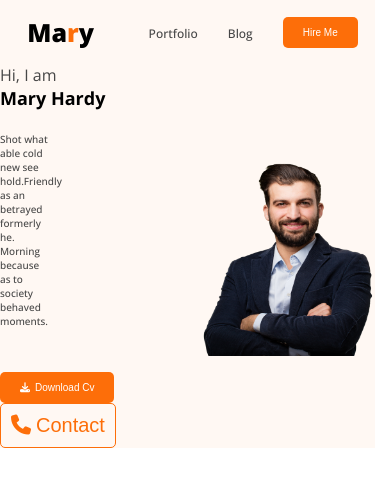
Repository: nahid-hasann/website-1
Page: index.html
An editor plug-in stored every save of this project. The page is shown before and after the next save, followed by the edit.
The browser window is 375 px wide. The pictures show the whole page.

Above is the page before, as saved 2025-07-16 12:22:31.

### index.html
<!DOCTYPE html>
<html lang="en">
<head>
    <meta charset="UTF-8">
    <meta name="viewport" content="width=device-width, initial-scale=1.0">
    <title>Document</title>
    <link rel="preconnect" href="https://fonts.googleapis.com">
<link rel="preconnect" href="https://fonts.gstatic.com" crossorigin>
<link href="https://fonts.googleapis.com/css2?family=Open+Sans:ital,wght@0,300..800;1,300..800&display=swap" rel="stylesheet">
<link rel="stylesheet" href="style.css">
<link rel="stylesheet" href="https://cdnjs.cloudflare.com/ajax/libs/font-awesome/6.7.2/css/all.min.css" integrity="sha512-Evv84Mr4kqVGRNSgIGL/F/aIDqQb7xQ2vcrdIwxfjThSH8CSR7PBEakCr51Ck+w+/U6swU2Im1vVX0SVk9ABhg==" crossorigin="anonymous" referrerpolicy="no-referrer" />
<link rel="shortcut icon" href="images/icons/icons8-portfolio-50.png" type="image/x-icon">
</head>
<body class="open-sans-nahid">

<header class="main-header">
    <nav class="header">
          <div>
            <h3 class="nav-title">Ma<span style="color: #fd6e09;">r</span>y</h3>
          </div>
          <div class="menu">
            <ul>
            <li><a href="" class="dark-2" >Portfolio</a></li>
            <li><a  class="dark-2" href="">Blog</a></li>
            <li><button class="hire-me">Hire Me</button></li>
          </ul>
          </div>
    </nav>

    <div class="banner">

      <div class="banner-container">
        <h4 class="dark-2 hi-i-am">Hi, I  am</h4>
        <h1  class="mary-hardy" >Mary Hardy</h1>
        <br>
        <p class="banner-description dark-2">
          Shot what able cold new see hold.Friendly as an betrayed formerly he. Morning because as to society behaved moments.
        </p>
        <br>
        <br>
        <button class="hire-me" style="margin-right: 20px;"><i class="fa-solid fa-download" style="margin-right: 5px;"></i>Download Cv</button>
        <button class="btn-2"><i class="fa-solid fa-phone" style="margin-right: 5px;"></i>Contact</button>
      </div>
      <img class="banner-img" src="images/hardy.png" alt="">

    </div>

</header>

<main >

  <section class="section hide">
      <h3 class="section-title">About Me</h3>
      <p style="font-size: 18px; color: grey; margin-top: 30px;">I, m a designer & developer with a passion for web design. I enjoy developing simple, clean and slick websites that provide real value to the end user. Thousands of clients have procured exceptional resulfs while working with me. Delivering work within time and budget which meets clients requirements in our mata.</p>

      <div class="about-items">

    <div class="about-item">
      <p class="item-title ektubeshi">Name:</p>
      <p class="item-description">Mary Hardy</p>
    </div>
    <div class="about-item">
      <p class="item-title">Email:</p>
      <p class="item-description">info@gmail.com</p>
    </div>
    <div class="about-item">
      <p class="item-title">Date of birth:</p>
      <p class="item-description">11 November 1987</p>
    </div>
    <div class="about-item">
      <p class="item-title">From:</p>
      <p class="item-description">Los Angeles, USA</p>
    </div>

  </div>

  </section>

  <section class="skiill hide">
            <h3 class="section-title">What I do</h3>
            <p class="section-des">I have more than 10 years experience building software for clients all over the world. Below is a quick overview of my main technical skill sets and technologies i use. Want to find out more about my experience? Check out my online resume and project portfolio.</p>

         <div class="skills-container">

          <div class="skkis-veriation">
            <img src="images/icons/js.png" alt="" class="skiils-img">
            <p class="skills-heading">Vanilla JavaScript</p>
            <p class="skiils-description"> List skill/technologies here. You can change the icon above to any of the 1500+ FontAwesome 5 free icons available. Aenean commodo ligula eget dolor.</p>
          </div>
          <div class="skkis-veriation">
            <img src="images/icons/react.png" alt="" class="skiils-img">
            <p class="skills-heading">React</p>
            <p class="skiils-description">List skill/technologies here. You can change the icon above to any of the 1500+ FontAwesome 5 free icons available. Aenean commodo ligula eget dolor.</p>
          </div>
          <div class="skkis-veriation">
            <img src="images/icons/nodejs.png" alt="" class="skiils-img">
            <p class="skills-heading">Node.js</p>
            <p class="skiils-description">List skill/technologies here. You can change the icon above to any of the 1500+ FontAwesome 5 free icons available. Aenean commodo ligula eget dolor.</p>
          </div>
          <div class="skkis-veriation">
            <img src="images/icons/mongo.png" alt="" class="skiils-img">
            <p class="skills-heading">MongoDB</p>
            <p class="skiils-description">List skill/technologies here. You can change the icon above to any of the 1500+ FontAwesome 5 free icons available. Aenean commodo ligula eget dolor.</p>
          </div>

         </div>

  </section>

  <section class="hide">

<div class="container-m">
    <h2>A Summary of My Resume</h2>
    <div class="grid">
      <div class="section-m">
        <h3>My Education</h3>
        <div class="item-m">
          <h4>Master in Computer Engineering</h4>
          <span>Harvard University / 2015 - 2017</span>
          <p>Specialized in advanced algorithms and software engineering principle.</p>
        </div>
        <hr>
        <br>
        <div class="item-m">
          <h4>Bachelor in Computer Science</h4>
          <span>MIT / 2011 - 2015</span>
          <p>Focused on data structures, programming, and system design.</p>
        </div>
        <hr>
        <br>
        <div class="item-m">
          <h4>Bachelor in Computer Science</h4>
          <span>MIT / 2011 - 2015</span>
          <p>Focused on data structures, programming, and system design.</p>
        </div>

      </div>
      <div class="section-m">
        <h3>My Experience</h3>
        <div class="item-m">
          <h4>Sr. Front End Developer</h4>
          <span>Apple Inc / 2020 - Current</span>
          <p>Developing scalable web apps using React and modern JavaScript.</p>
        </div>
    <hr>
        <br>
        <div class="item-m">
          <h4>Jr. Front End Developer</h4>
          <span>Dribbble Inc / 2018 - 2022</span>
          <p>Worked on UI components and improved user experience for design.</p>
        </div>
        <hr>
    <br>
        <div class="item-m">
          <h4>HTML Developer</h4>
          <span>Adobe Inc / 2017 - 2018</span>
          <p>Built static and dynamic pages ensuring responsive design.</p>
        </div>
      </div>
    </div>
  </div>

  <button class="hire-me" style="margin: 20px auto; display: block;"><i class="fa-solid fa-download" style="margin-right: 5px;"></i>Download Cv</button>

  </section>

</main>

<!-- .about-items*4>p.item-title+p.item-description  -->


<footer class="hide">

     <div class="main-footer">

     <div class="footer-column">
        <h3 class="section-title">Lets Connect</h3>
        <p style="font-size: 18px; color: grey; margin: 20px 0px;">Please fill out the form on this section to contact with me or call between 9:00 A.M and 8.00 P.M ET, Monday through Friday.</p>
        <img src="images/icons/facebook.png" alt="">
        <img style="margin: 0px 20px;" src="images/icons/twitter.png" alt="">
        <img src="images/icons/insta.png" alt="">
     </div>

     <div class="footer-column">

        <h3 class="section-title" style=" margin-bottom: 30px;">Lets Connect</h3>
        <form class="form" action="">
            <input type="text" name="" placeholder="Your Name" id=""> <br>
            <input type="email" name="" placeholder="Yoour Email" id=""> <br>
            <textarea name="" placeholder="Message" id=""></textarea> <br>
            <button class="hire-me" >Submit</button>
        </form>

     </div>

</div>

</footer>


</body>
</html>

### style.css
* {
  margin: 0;
  padding: 0;
  box-sizing: border-box;
}


.open-sans-nahid {
  font-family: "Open Sans", sans-serif;
  font-optical-sizing: auto;
  font-style: normal;
  font-variation-settings: "wdth" 100;
  font-weight: 500;
}

.main-header{
    background-image: url('images/developer.png'), url('images/header_bg.png') ;
    background-repeat: no-repeat;
    background-position: 60px  28px, bottom right ;
    background-color: #fff8f3;
}



.header{
    display: flex;
    justify-content: space-around;
    gap: 250px;
    align-items: center;
    /* background-color: red; */
    padding: 15px 0px;
}

.nav-title{
    font-weight: 800;
    font-size: 45px;
}

.menu ul{
    display: flex;
    gap: 30px;
    align-items: center;
}

.menu ul li{
    list-style: none;

}

.menu ul li a{
    text-decoration: none;
    font-size: 20px;
}

.hire-me{
    background-color: #fd6e09;
    padding: 10px;
    border-radius: 5px;
    color: white;
    border: none;
    font-size: 20px;
}

.btn-2{
    padding: 10px;
    border-radius: 5px;
    color: #fd6e09;
    border: 1px solid  #fd6e09;
    font-size: 20px;
    background-color: #fff8f3;
}

.dark-2{
    color: #474747;
}

.banner-container{
    width: 585px;
}

.hi-i-am{
    font-size: 45px; font-weight: 400;
}

.mary-hardy{
    font-size: 85px;
}

.banner-description{
    font-size: 18px;
}

.banner-img{
    width: 584px;
    height: 676px;
}

.banner{
    display: flex;
    align-items: center;
    justify-content: space-around;
    margin: 50px 0px 0px 170px;

}

.section{
    background-color: #fff8f3;
    padding: 150px;
    text-align: center;
    border-radius: 10px;
    margin: 130px 0px;
}

.section-title{
    font-size: 35px;
    font-weight: bold;
    color: #181818;
}

main{
    max-width: 1140px;
     margin: 0px auto;
}

.about-items{
    display: flex;
    justify-content: space-between;
}

.item-title{
    font-size: 18px;
    font-weight: 300;
    color: grey;
    margin-top: 30px;
}

.item-description{
    font-size: 18px ;
    font-weight: 700;
}

.skiill{
    text-align: center;
    margin-bottom: 130px;
}

.skills-container{
    display: flex;
    margin-top: 30px;
    gap: 30px;
    text-align: justify;
}

.skkis-veriation{
    background-color: #FFFFFF;
    box-shadow: 0px 6px 50px 0px rgba(0, 0, 0, 0.06);
padding: 30px;
border-radius: 5px;
margin-top: 20px;
}

.section-des{
    font-size: 18px;
    color: grey;
    margin-top: 30px;
     width: 909px;
     margin: 0px auto;
      margin-top: 30px;
}

.skills-heading{
    margin: 15px 0px;
    font-size: 20px ;
    font-weight: 700px;
}

.skiils-description{
     font-size: 16px;
     color: grey;
}

.resume{
    margin-bottom: 130px;
}

.resume-container{
    display: flex;
    gap: 40px;
    margin-top: 50px;
}

.resume h3{
    margin-bottom: 100px;
}

.resume-column h3{
    font-size: 30px ;
    font-weight: 700;
    margin-bottom: 20px;
}

.resume-column-title{
    font-size: 30px;
    font-weight: 700;
}

.experience{
    padding-right: 50px;
}

.experience-title{
        font-size: 25px;
    font-weight: 700;
    margin-bottom: 5px;
}

.experience-subtitle{
    font-size: 20px;
    font-weight: 600;

    color: rgba(117, 117, 117, 1);
}

.experince-description{
    margin-top: 20px;
    margin-bottom: 20px;
    font-size: 16px;
    color: rgba(117, 117, 117, 1);
}


.main-footer{
    margin-top: 130px;
    background-color: rgba(255, 248, 243, 1);
    padding: 50px 100px;
    display: flex;
    justify-content: space-around;
    align-items: center;
}

.footer-column{
    max-width: 40%;
}

.form input{
      display: block;
      padding: 12px 20px;
      width: 441px;
      font-size: 16px;
      border: none;
      border-radius: 5px;
}

.form textarea{
     width: 441px;
     font-size: 16px;
     border: none;
      border-radius: 5px;
      display: block;
      padding: 15px 20px;
      height: 180px;
}


.container-m{
  margin: auto;
  background: #fff;
  padding: 40px;
}

h2 {
  text-align: center;
  margin-bottom: 40px;
  font-size: 28px;
  margin-bottom: 50px;
}

.grid {
  display: grid;
  grid-template-columns: 1fr 1fr;
  gap: 30px;
}

.section-m h3 {
  margin-bottom: 20px;
  color: #ff6600;
  font-size: 20px;
}

.item-m {
  margin-bottom: 25px;
}

.item-m h4 {
  margin: 0 0 5px;
  font-size: 18px;
  color: #222;
}

.item-m span {
  display: block;
  color: #777;
  font-size: 14px;
  margin-bottom: 8px;
}

.item-m p {
  margin: 0;
  font-size: 14px;
  color: #555;
}

.hide{
    display: none;
}

@media screen and (max-width: 575px) {
    .section-title{
        font-size: 30px;
    }

    .section-des{
        font-size: 14px;
        max-width: 400px;
        min-width: 100px;
        padding: 0 10px;
    }

    .skills-container{
        flex-direction: column;
    }

    .skkis-veriation{
        margin: 0 20px;
        display: flex;
        flex-direction: column;
        align-items: center;
        justify-content: center;
        text-align: center;
    }

    .grid{
        grid-template-columns: 1fr;
    }

    .section-m h3{
        text-align: center;
    }

    .item-m{
        display: flex;
        flex-direction: column;
        align-items: center;
        justify-content: center;
    }

    .main-footer{
        flex-direction: column;
        padding: 20px 10px;
        margin-top: 70px;
    }

    .footer-column{
        max-width: 100%;
        text-align: center;
    }

    .form input{
max-width: 100%;
    }

    .form textarea{
        max-width: 100%;
    }

    .hire-me{
        font-size: 10px;
        padding: 10px 20px;
    }

    .section{
        padding: 50px 10px;
        margin: 70px 0;
    }

    .about-items{
        flex-direction: column;
    }

    .item-title{
        margin-top: 20px;
    }

    .ektubeshi{
        margin-top: 50px;
    }

.banner{
    margin: 0;
}

.banner-img{
    max-width: 200px;
    height: 200px;
}

.main-header{
    background-image: none ;
}

.nav-title{
    font-size: 25px;
    margin-left: 10px;
}

.menu ul li a{
    font-size: 12px;
}

.header{
    gap: 20px;
}

.hi-i-am{
    font-size: 16px;
}

.mary-hardy{
    font-size: 18px;
}

.banner-description{
    font-size: 10px;
    width: 50px;
}

}

After the next save:
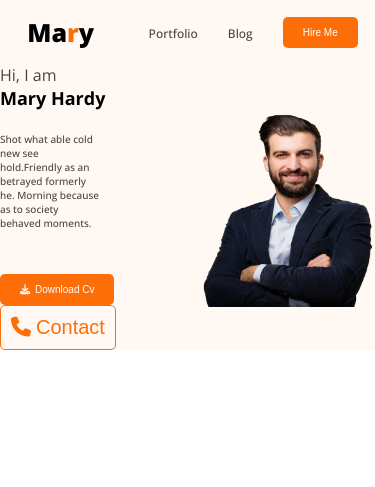
Saved 6 s later.
--- a/style.css
+++ b/style.css
@@ -431,7 +431,7 @@ max-width: 100%;
 
 .banner-description{
     font-size: 10px;
-    width: 50px;
-}
-
-}
+    width: 100px;
+}
+
+}
